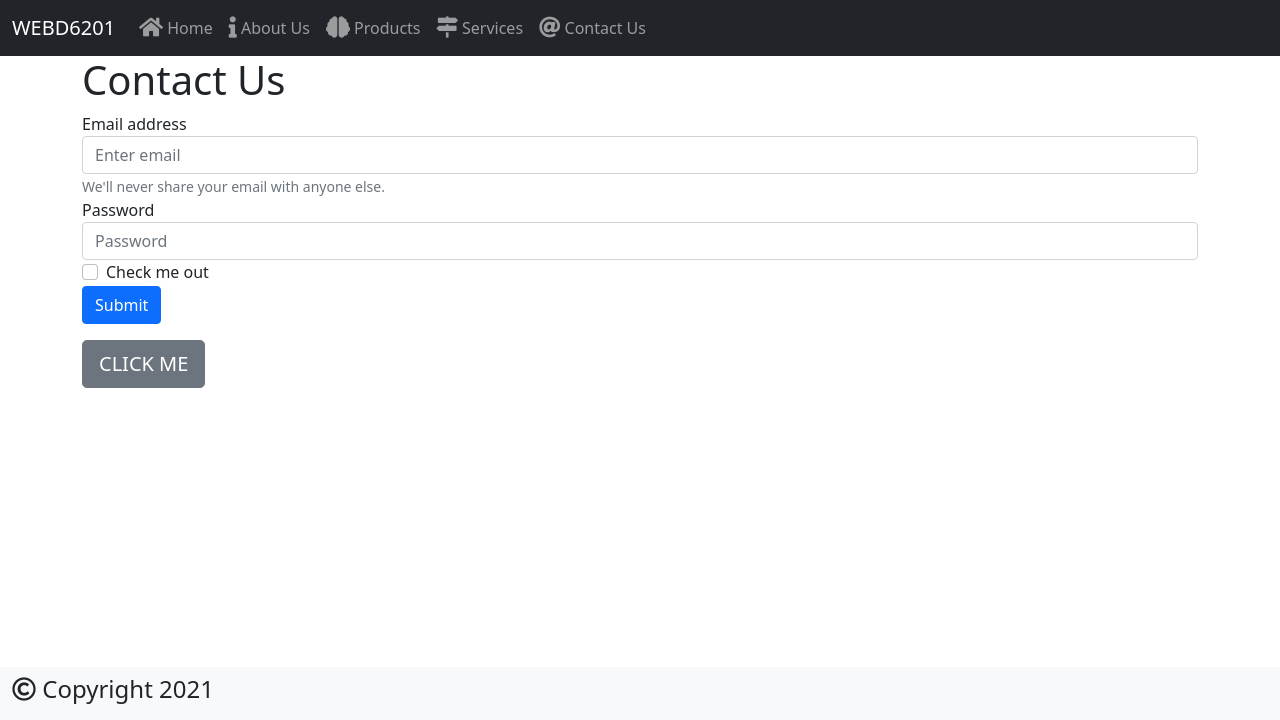
Repository: GarlicButterBoy/WEBD6201-Week1
Page: contact.html
These files come from the project's save history. The page is drawn as it stood at one moment and after the next save; the edit follows.
The browser window is 1280 px wide. The pictures show the whole page.

Above is the page before, as saved 2021-01-21 09:05:56.

### contact.html
<!DOCTYPE html>
<html lang="en">
<head>
    <meta charset="UTF-8">
    <meta name="viewport" content="width=device-width, initial-scale=1.0">
    <title>Contact Us</title>

    <!-- CSS Section -->
    <link rel="stylesheet" href="./node_modules/bootstrap/dist/css/bootstrap.min.css">
    <link rel="stylesheet" href="./node_modules/@fortawesome/fontawesome-free/css/all.min.css">
    <link rel="stylesheet" href="./Content/app.css">

</head>
<body>
       <!-- Main Nav Header -->

       <header>
         <!--Main Navigation-->
        <nav class="navbar navbar-expand-lg navbar-dark bg-dark">
            <div class="container-fluid">
              <a class="navbar-brand" href="index.html">WEBD6201</a>
              <button class="navbar-toggler" type="button" data-bs-toggle="collapse" data-bs-target="#navbarSupportedContent" aria-controls="navbarSupportedContent" aria-expanded="false" aria-label="Toggle navigation">
                <span class="navbar-toggler-icon"></span>
              </button>
              <div class="collapse navbar-collapse" id="navbarSupportedContent">
                <ul class="navbar-nav ml-auto mb-2 mb-lg-0">

                  <li class="nav-item">
                    <a class="nav-link" aria-current="page" href="index.html">
                        <i class="fas fa-home fa-lg"></i> Home</a>
                  </li>

                  <li class="nav-item">
                    <a class="nav-link" aria-current="page" href="about.html">
                        <i class="fas fa-info fa-lg"></i> About Us</a>
                  </li>

                  <li class="nav-item">
                    <a class="nav-link" aria-current="page" href="products.html">
                        <i class="fas fa-brain fa-lg"></i> Products</a>
                  </li>

                  <li class="nav-item">
                    <a class="nav-link" aria-current="page" href="services.html">
                        <i class="fas fa-map-signs fa-lg"></i> Services</a>
                  </li>

                  <li class="nav-item  active">
                    <a class="nav-link" aria-current="page" href="contact.html">
                        <i class="fas fa-at fa-lg"></i> Contact Us</a>
                  </li>

                </ul>
              </div>
            </div>
          </nav>
    </header>
<!--Main Content-->
    <main class="container">
        <h1>Contact Us</h1>

        <form>
          <div class="form-group">
            <label for="exampleInputEmail1">Email address</label>
            <input type="email" class="form-control" id="exampleInputEmail1" aria-describedby="emailHelp" placeholder="Enter email">
            <small id="emailHelp" class="form-text text-muted">We'll never share your email with anyone else.</small>
          </div>
          <div class="form-group">
            <label for="exampleInputPassword1">Password</label>
            <input type="password" class="form-control" id="exampleInputPassword1" placeholder="Password">
          </div>
          <div class="form-check">
            <input type="checkbox" class="form-check-input" id="exampleCheck1">
            <label class="form-check-label" for="exampleCheck1">Check me out</label>
          </div>
          <button type="submit" class="btn btn-primary">Submit</button>
        </form>

        <p id="paragraphOne" ></p>
        <button class="btn btn-secondary btn-lg" id="clickMeButton">CLICK ME</button>
    </main>
<!--Main Footer-->
    <footer>
        <nav class="navbar fixed-bottom navbar-light bg-light">
            <div class="container-fluid">
              <h4><i class="far fa-copyright" ></i> Copyright 2021</h4>
            </div>
        </nav>
    </footer>

    <!-- JavaScript Section -->
    <script src="./node_modules/jquery/dist/jquery.min.js"></script>
    <script src="./node_modules/bootstrap/dist/js/bootstrap.bundle.min.js"></script>
    <script src="./Scripts/app.js"></script>

</body>
</html>

### Content/app.css
/*
 * Custom CSS goes here!
 */

### Scripts/app.js
/*
 * Custom Scripts go here!
 */

//IIFE - Immediately Invoked Function Expression
//AKA - Anonymous Self-Executing Function
//Closure - Limits Scope Leak

"use strict";

(function()
{

    function displayHome()
    {

    }

    function displayAbout()
    {

    }

    function displayProducts()
    {

    }

    function displayServices()
    {

    }

    function displayContact()
    {

    }

    //Initialization Function
    function Start()
    {

       console.log("App Started...");
       switch(document.title)
       {
           case 'Home':
               displayHome();
               break;
           case 'About':
               displayAbout();
               break;
           case 'Products':
               displayProducts();
               break;
           case 'Services':
               displayServices();
               break;
           case 'Contact':
               displayContact();
               break;
       }

/*
       let paragraphOneText = "This is a simple site to demonstrate DOM Manipulation for ICE 01.";

       let paragraphOneElement = document.getElementById("paragraphOne");

       paragraphOneElement.className = "fs-5 fw-bold";
       paragraphOneElement.textContent = paragraphOneText;

       //Step 1. document.createElement
       let newParagraph = document.createElement("p");
       //Step 2. Configure the element
       newParagraph.setAttribute("id", "paragraphTwo");
       newParagraph.textContent = "...And this is paragraph Two.";
       //Step 3. Select the parent
       let mainContent = document.getElementsByTagName("main")[0];
       //Step 4. Add/Insert the element
       mainContent.appendChild(newParagraph);

       paragraphTwo.className = "fs-6";

       //Another way to inject a comment
       let paragraphDiv = document.createElement('div');
       let paragraphThree = `<p class="fs-7" fw-bold>This is the third paragraph.</p>`;
       paragraphDiv.innerHTML = paragraphThree;

       //Insertion Before
       //paragraphTwo.before(paragraphDiv);

       //Insertion After
       paragraphTwo.after(paragraphDiv);

       //deletions
       //target an element
       //paragraphOneElement.remove();//remove a single element
       //target a child (rough)
       mainContent.removeChild(paragraphOneElement);

       //updates/modifications
       //paragraphTwoElement.firstChild.textContent = "This is an update. Welcome back!";
       mainContent.firstElementChild.textContent = "This is an update. Welcome back!";

        mainContent.innerHTML =
        `
        <h1 id="firstHeading">Welcome to Webd6201 - Lab 1</h1>
        <p id="firstParagraph" class="fw-bold">This is the first paragraph</p>
        `;
*/
       for (let index = 0; index < 5; index++)
       {

        console.log(index);

        let clickMeButton = document.getElementById("clickMeButton");



        clickMeButton.addEventListener("click", ()=>
        {
            console.log("Click me button was depressed :(");
        });
       }
    }
    //Event Listener
    window.addEventListener("load", Start);

})();

Loaded but not shown: node_modules/bootstrap/dist/css/bootstrap.min.css (library); node_modules/@fortawesome/fontawesome-free/css/all.min.css (library); node_modules/jquery/dist/jquery.min.js (library); node_modules/bootstrap/dist/js/bootstrap.bundle.min.js (library)

After the next save:
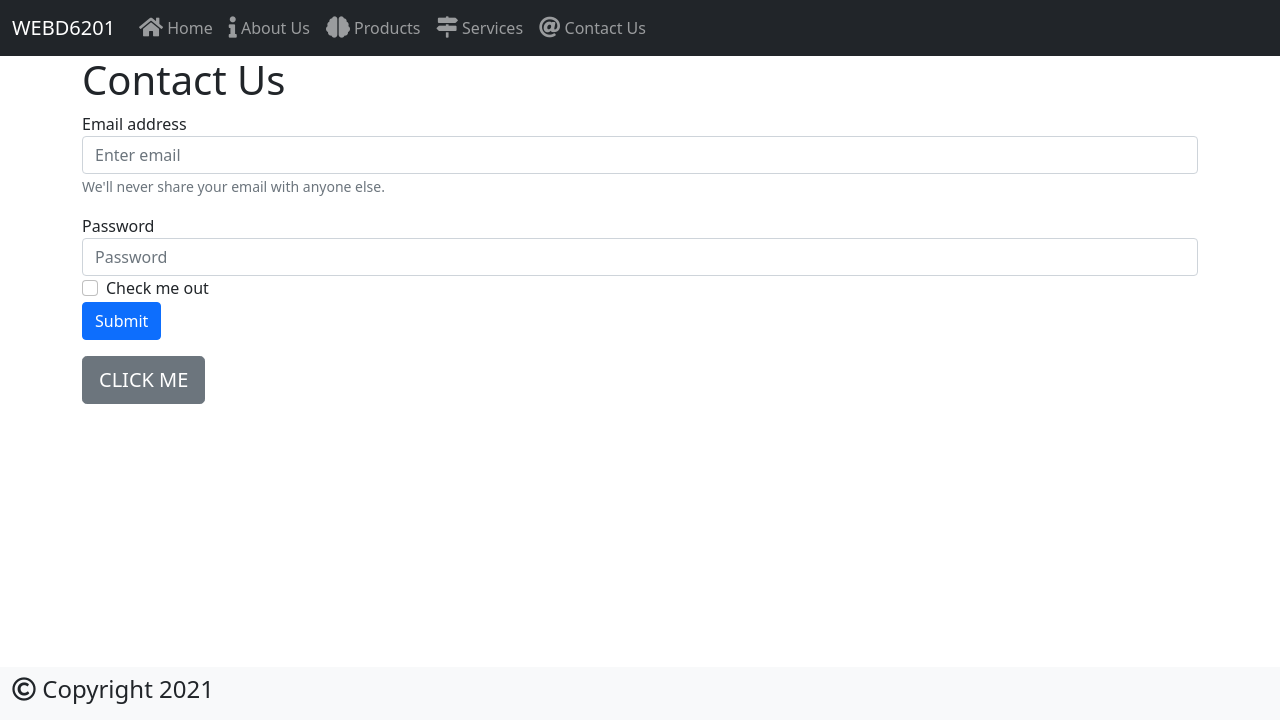
Saved 9 min 24 s later.
--- a/contact.html
+++ b/contact.html
@@ -60,7 +60,7 @@
         <h1>Contact Us</h1>
 
         <form>
-          <div class="form-group">
+          <div class="mb-3">
             <label for="exampleInputEmail1">Email address</label>
             <input type="email" class="form-control" id="exampleInputEmail1" aria-describedby="emailHelp" placeholder="Enter email">
             <small id="emailHelp" class="form-text text-muted">We'll never share your email with anyone else.</small>
